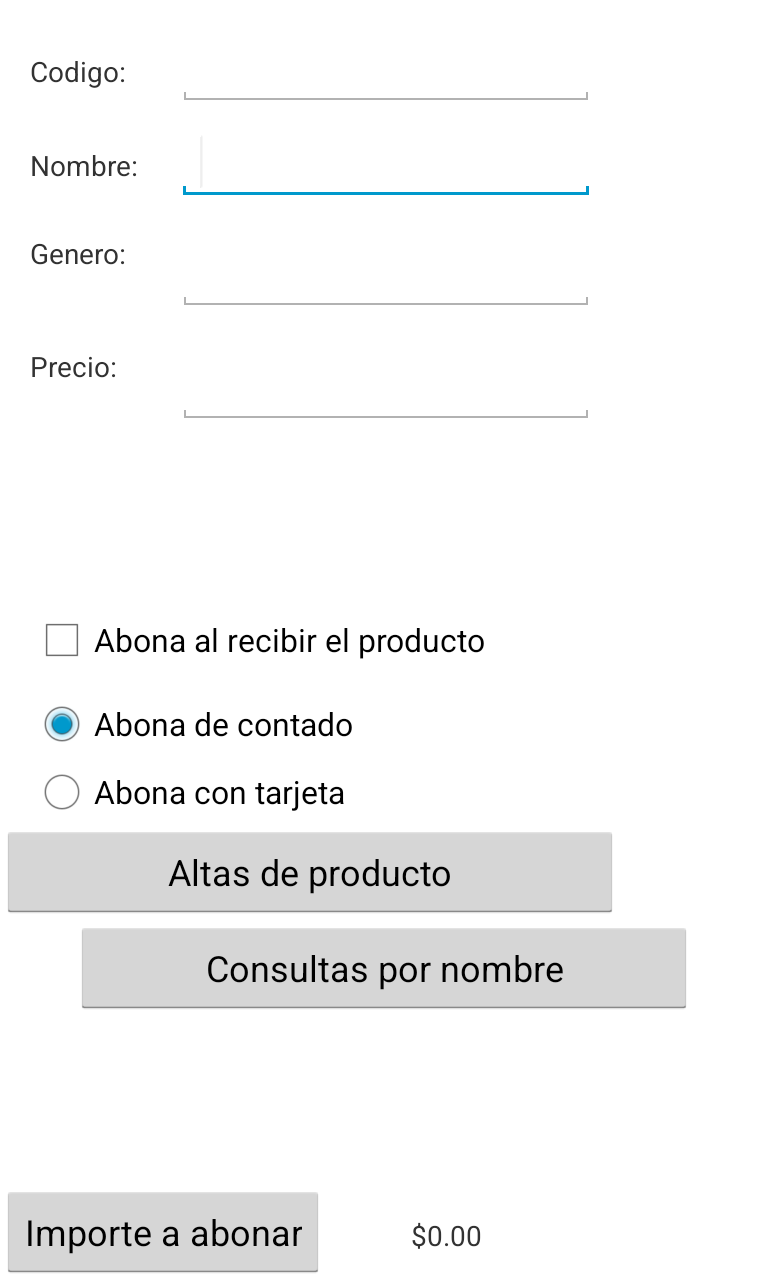
Repository: unknoman/javaAndroidDesempenos
Layout: parcial2h/res/layout/activity_main.xml
An editor plug-in stored every save of this project. The layout is shown before and after the next save, followed by the edit.
It is drawn on a 768 x 1280 px phone screen (xhdpi) without system bars, with theme AppTheme; the app's code is not run.

Above is the layout before, as saved 2022-06-16 06:32:32.

After the next save:
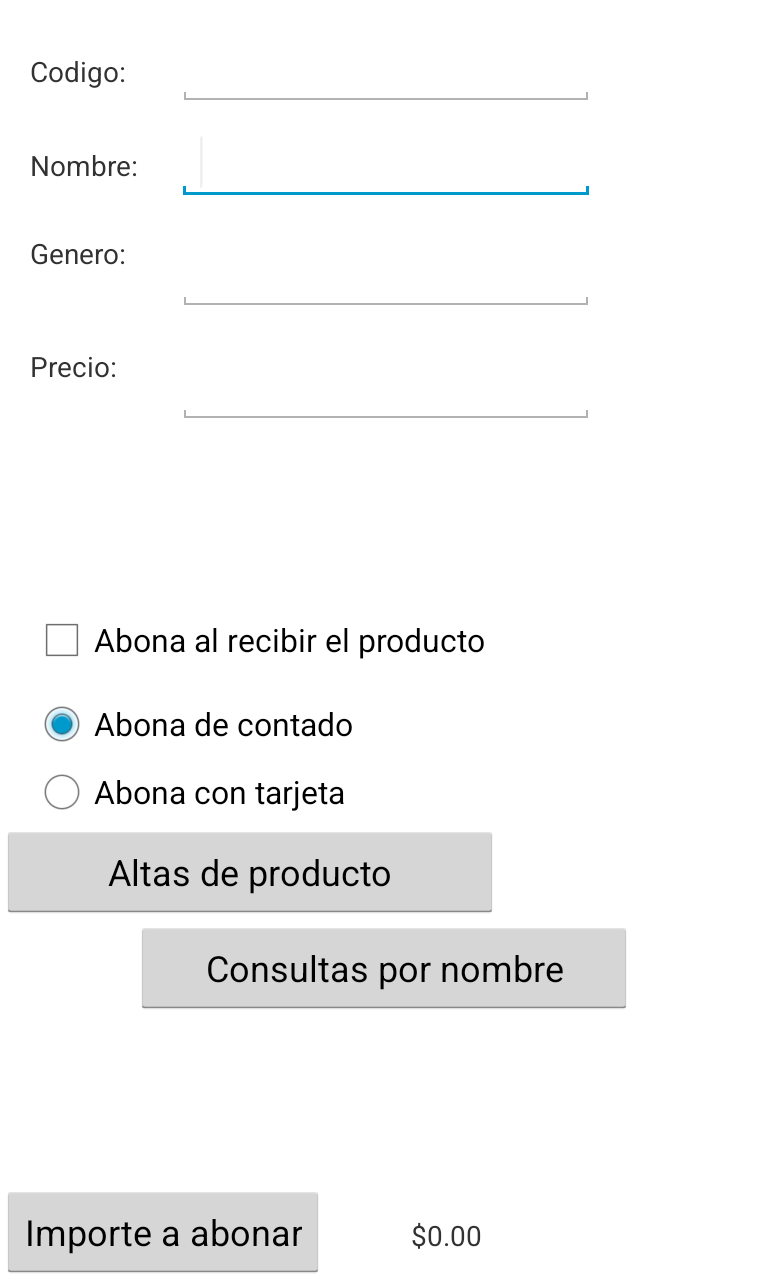
Saved 91 s later.
--- a/parcial2h/res/layout/activity_main.xml
+++ b/parcial2h/res/layout/activity_main.xml
@@ -117,7 +117,7 @@
 
     <Button
         android:id="@+id/button1"
-        android:layout_width="310"
+        android:layout_width="250"
         android:layout_height="wrap_content"
         android:layout_alignParentLeft="true"
         android:layout_below="@+id/radioGroup1"
@@ -126,7 +126,7 @@
 
     <Button
         android:id="@+id/button2"
-        android:layout_width="310"
+        android:layout_width="250"
         android:layout_height="wrap_content"
         android:layout_below="@+id/button1"
         android:layout_centerHorizontal="true"
